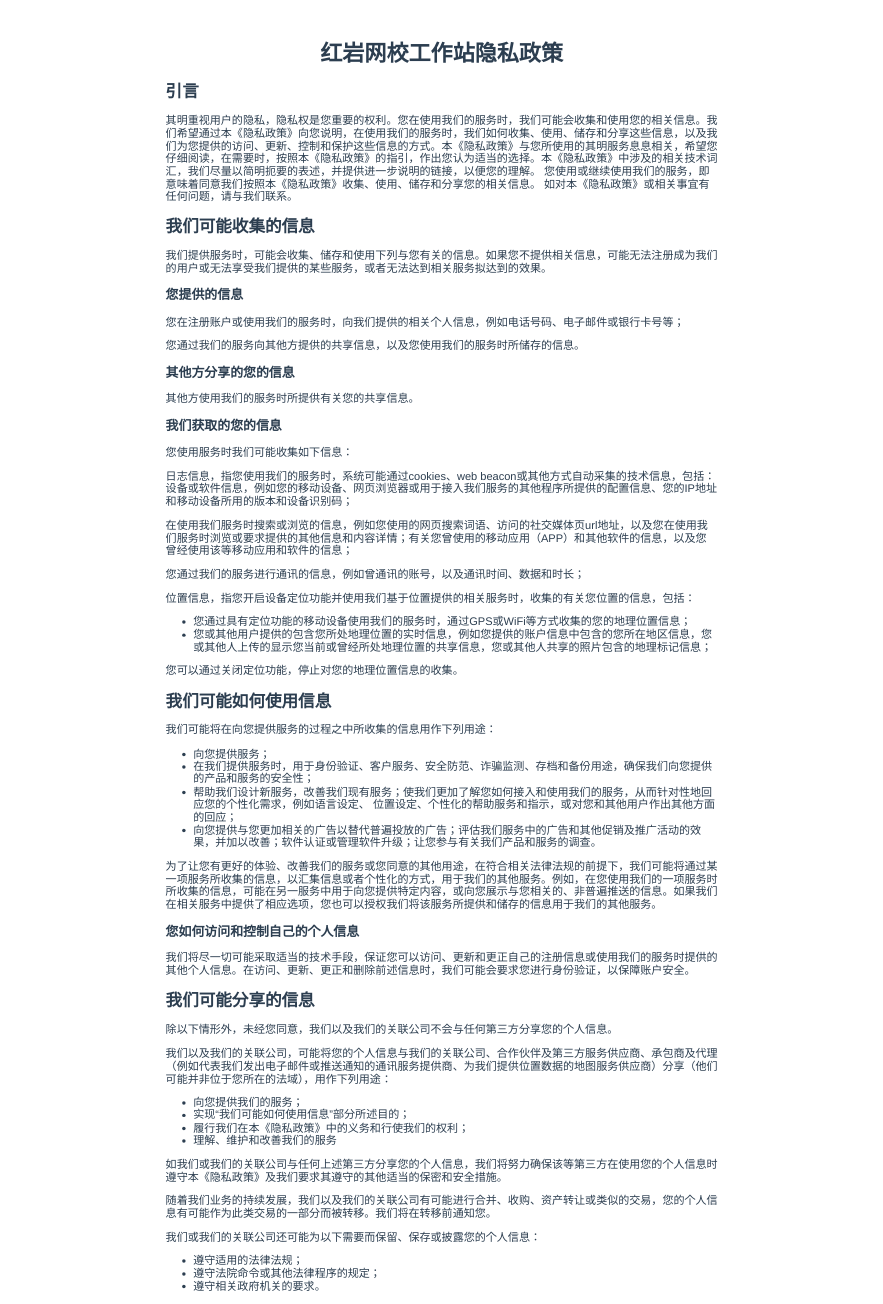
Repository: zl-mdc/privacy-policy
Page: /
The author's editor kept a copy of each file at every save. The page is drawn from the files as they stood at one save, then again after the next save.
The browser window is 1280 px wide. The pictures show the whole page, at 69% of full size.
The project was rebuilt for these pictures with package versions that can differ from the ones it lists, and the page was loaded fresh each time.

Above is the page before, as saved 2020-09-17 15:49:49.

After the next save:
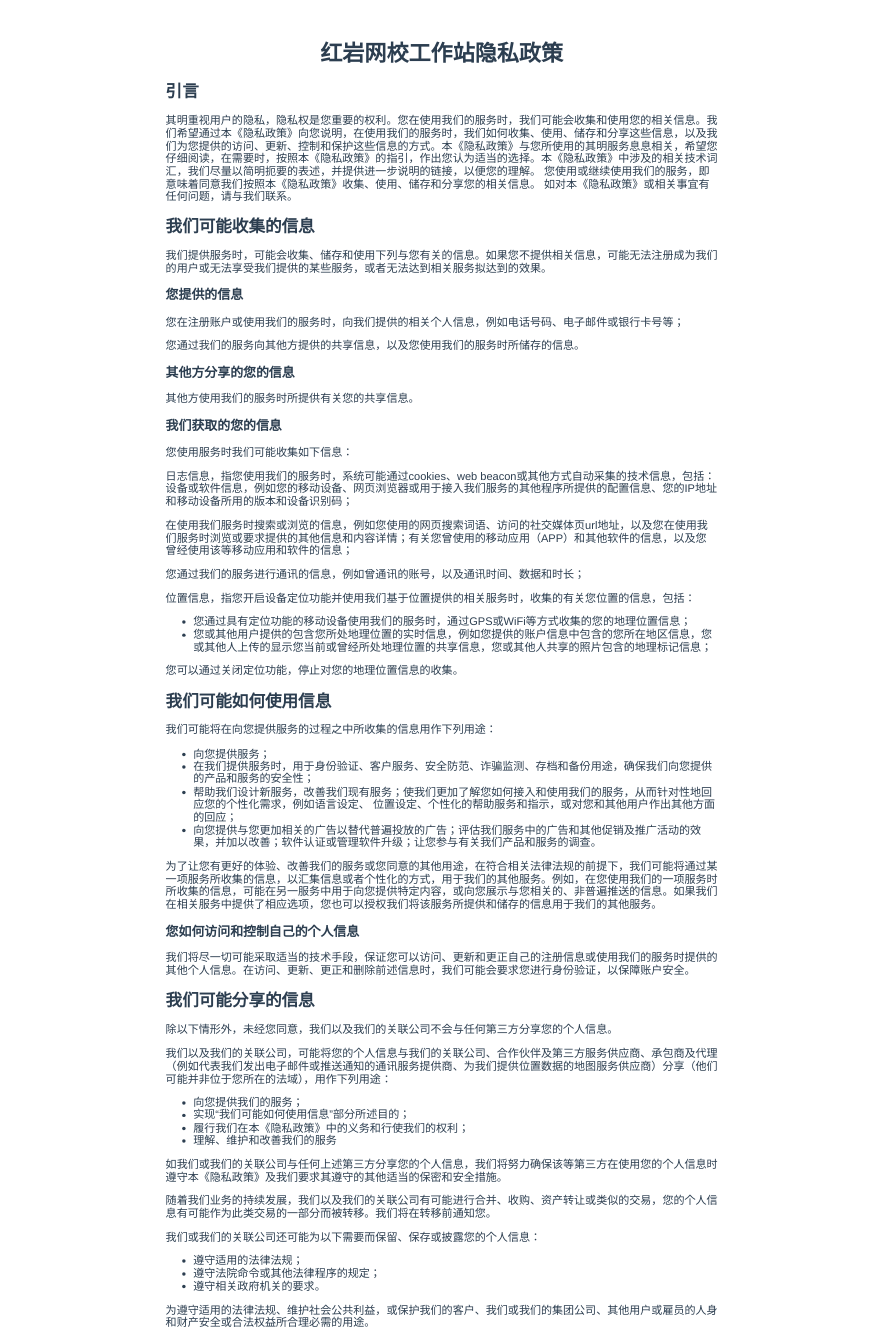
Saved 20 s later.
--- a/src/components/Info.vue
+++ b/src/components/Info.vue
@@ -1,7 +1,7 @@
 <!--
  * @Author: Code_Master
  * @Date: 2020-09-17 15:00:51
- * @LastEditTime: 2020-09-17 15:49:49
+ * @LastEditTime: 2020-09-17 15:50:09
  * @LastEditors: Code_Master
  * @FilePath: /privacy-policy/src/components/Info.vue
  * @Description: The first 90% of the code accounts for the first 90% of the development time. The remaining 10% of the code accounts for the other 90% of the development time.
@@ -61,6 +61,7 @@
               <li>遵守法院命令或其他法律程序的规定； </li>
               <li>遵守相关政府机关的要求。 </li>
           </ul>
+          <p>为遵守适用的法律法规、维护社会公共利益，或保护我们的客户、我们或我们的集团公司、其他用户或雇员的人身和财产安全或合法权益所合理必需的用途。</p>
     </div>
 </template>
 
